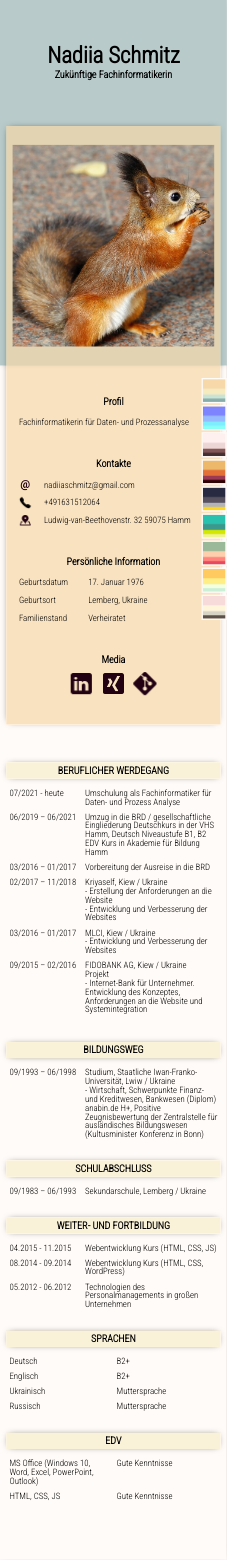
Repository: NadiaSchmitz/lebenslauf.nschmitz.githab.io
Page: index.html
The author's editor kept a record of every edit. The page is drawn from the files as they stood at one moment, then again after the next edit.
The browser window is 360 px wide. The pictures show the whole page, at 63% of full size.

Above is the page before.

After the next edit:
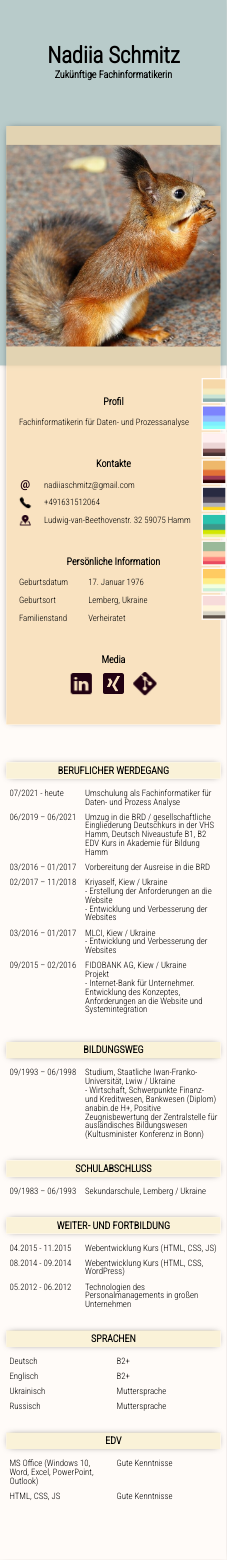
The edit:
--- a/styles/style.css
+++ b/styles/style.css
@@ -190,8 +190,7 @@
 
 @media only screen and (max-width: 360px) {
   .sidebar_foto {
-    width: 320px;
-    height: 320px;
+    width: 100%;
   }
 }
 
